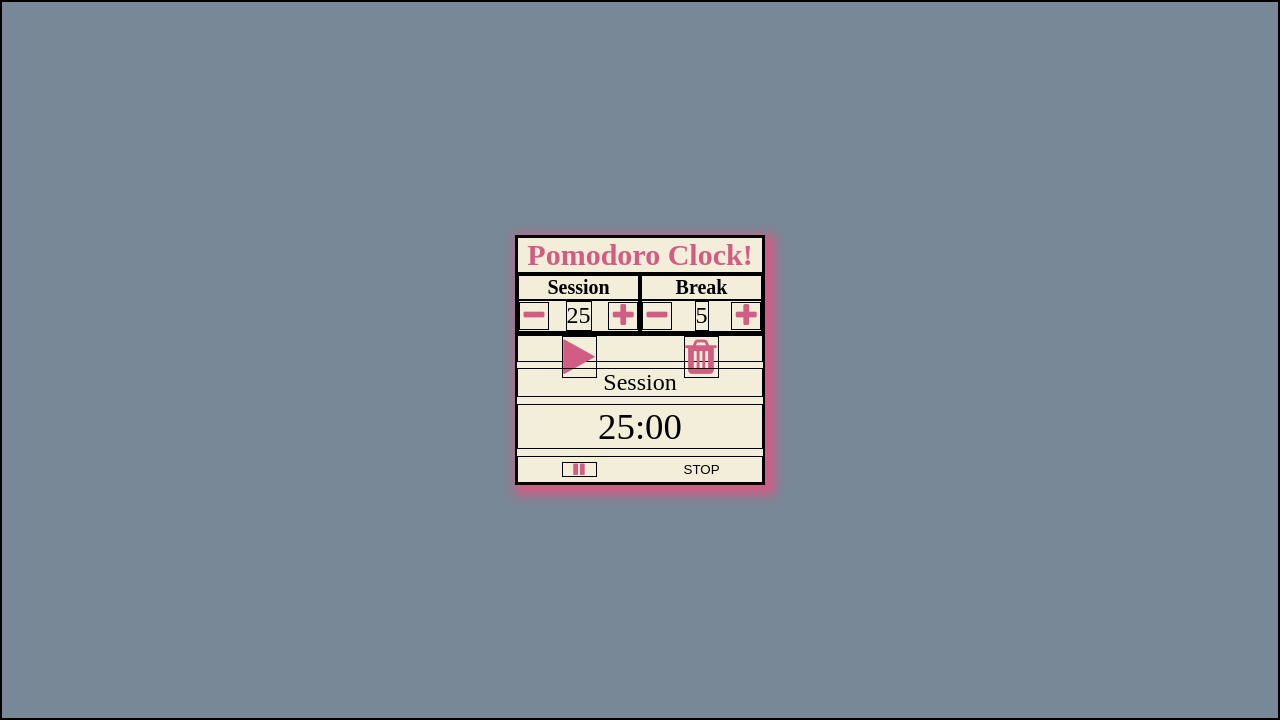
Repository: mcostigliola/pomodoroTimer
Page: index.html
An editor plug-in stored every save of this project. The page is shown before and after the next save, followed by the edit.
The browser window is 1280 px wide. The pictures show the whole page.

Above is the page before, as saved 2020-06-10 19:34:44.

### index.html
<!DOCTYPE html>
<html>
<head>
  <meta charset='utf-8'>
  <meta http-equiv='X-UA-Compatible' content='IE=edge'>
  <title>Page Title</title>
  <meta name='viewport' content='width=device-width, initial-scale=1'>
  <link rel='stylesheet' type='text/css' media='screen' href='main.css'>
  <link rel='stylesheet' type='text/css' media='screen' href='https://cdnjs.cloudflare.com/ajax/libs/font-awesome/4.7.0/css/font-awesome.css'>
</head>
<body>
  <div id="main-container">
    <div id="title-watch">
      <p>Pomodoro Clock!</p>
    </div>

    <div id="session-container">
      <div class="timer-configurator">
        <h3 class="cnfg-name">Session</h3>
        <div class="cnfg-controller">
          <button id="session-down" class="arrow-btn arrow-down">
            <i class="fa fa-2x fa-minus" aria-hidden="true"></i>
          </button>
          <div id="session-minute" class="config-minute"></div>
          <button id="session-up" class="arrow-btn arrow-up">
            <i class="fa fa-2x fa-plus" aria-hidden="true"></i>
          </button>
        </div>
      </div>
      <div class="timer-configurator">
        <h3 class="cnfg-name">Break</h3>
        <div class="cnfg-controller">
          <button id="break-down" class="arrow-btn arrow-down">
            <i class="fa fa-2x fa-minus" aria-hidden="true"></i>
          </button>
          <div id="break-minute" class="config-minute"></div>
          <button id="break-up" class="arrow-btn arrow-up">
            <i class="fa fa-2x fa-plus" aria-hidden="true"></i>
          </button>
        </div>
      </div>
    </div>

    <div id="timer-container">
       <div class="btn-container">
         <button id="btn-play"><i class="fa fa-3x fa-play" aria-hidden="true"></i></button>
         <button id="btn-reset"><i class="fa fa-3x fa-trash" aria-hidden="true"></i></button>
       </div>

       <p id="status">Session</p>
       <p id="timer">25:00</p>
       <div class="btn-container">
         <button id="btn-pause"><i class="fa fa-pause" aria-hidden="true"></i>
</button>
         <button id="btn-stop">STOP</button>
       </div>

    </div>
  </div>

  <script src='main.js'></script>
</body>
</html>

### main.css
:root{
    --bg-color: #798897;
    --main-color: #f3eed9;
    --icon-color: #d15c84;
}

 *{
    border: 1px solid black;
    box-sizing: border-box;
    margin:0;
    padding:0;
}

html{
    height: 100%;
    background-color: var(--bg-color);
}

body{
    display: flex;
    flex-flow: column;
    height: 100%;
}

button{
    background: none;
    border: none;
    cursor: pointer;
    outline: inherit;
}

button > * {
    pointer-events: none;
  }

i{
    color: var(--icon-color);
    width: 100%;
}

#main-container{
    background-color: var(--main-color);
    box-shadow:5px 5px 10px 5px var(--icon-color);
    display: flex;
    flex-flow: column;
    height: 250px;
    justify-content: space-between;
    margin: auto;
    width: 250px;
}

#session-container{
    display: flex;
    height: 30%;
}

#status{
    font-size: 1.5rem;
}

#timer{
    font-size: 2.3rem;
}

#timer-container{
    height: 75%;
}

#timer-container{
    display:flex;
    flex-flow: column;
    justify-content: space-between  ;
    text-align: center;
}

#title-watch{
    align-items: center;
    display: flex;
    height: 15%;
    text-align: center;
}

#title-watch p{
    color: var(--icon-color);
    flex-grow: 1;
    font-size: 30px;
    font-weight: bold;
}

.arrow-btn{
    width: 25%;
}

.btn-container{
    display: flex;
    justify-content: space-around;
}

.btn-container button{
    height: 25px;
    width: 35px;
}

.cnfg-controller{
    display: flex;
    flex-grow: 1;
    justify-content: space-between;
}

.cnfg-name{
    font-size: 20px;
}

.config-minute{
    font-size: 1.5rem;
}


.timer-configurator{
    display: flex;
    flex-flow: column;
    width: 50%;
}

.timer-configurator h3{
    text-align: center;
}

### main.js
const MAX_CNFG_VALUE = 99;
const DEFMINUTES = 25;
const DEFBREAK = 5;
let configSessionMinutes = DEFMINUTES;
let configBreakMinutes = DEFBREAK;
let timerMinutes = configSessionMinutes;
let timerSeconds = 0;
let intervalId;
let isPaused = true;
let isOnBreak = false;
let sessionP = document.getElementById('status');
document.getElementById('session-minute').innerText = configSessionMinutes.toString();
document.getElementById('break-minute').innerText = configBreakMinutes.toString();

let arrowBtns = Array.from(document.querySelectorAll('.arrow-btn'));
arrowBtns.forEach(btn => btn.addEventListener('click', pressArrow));

document.getElementById('btn-play').addEventListener('click', pressPlay);
document.getElementById('btn-pause').addEventListener('click', pressPause);
document.getElementById('btn-stop').addEventListener('click', pressStop);
document.getElementById('btn-reset').addEventListener('click', resetButton);

function pressArrow(e){
  const buttonId = e.target.id;
  changeConfigMinutes(buttonId);
  alignConfigWithDisplay(buttonId);
}

function alignConfigWithDisplay(buttonId){
  if(buttonId.includes('break')){
    updateDisplay();
    if(isPaused && isOnBreak){
      timerMinutes = configBreakMinutes;
      updateDisplay();
    }
  }else{
    updateDisplay();
    if(isPaused && !isOnBreak){
      timerMinutes = configSessionMinutes;
      updateDisplay();
    }
  }
}

function changeConfigMinutes(buttonId){
  switch(buttonId){
    case "session-up":
      if(configSessionMinutes < MAX_CNFG_VALUE) configSessionMinutes++;
      break;
    case "session-down":
      if(configSessionMinutes > 0) configSessionMinutes--;
      break;
    case "break-up":
      if(configBreakMinutes < MAX_CNFG_VALUE) configBreakMinutes++;
      break;
    case "break-down":
      if(configBreakMinutes > 0) configBreakMinutes--;
      break;
  }
}

function updateDisplay(){
  updateTimerText();
  udpateConfigText();
}

function updateTimerText(){
  let timer = '';
  timerMinutes < 10 ? timer = `0${timerMinutes}`: timer = timerMinutes;
  timerSeconds < 10 ? timer += `:0${timerSeconds}`: timer += `:${timerSeconds}`;
  document.getElementById('timer').innerText = timer;
}

function udpateConfigText(){
  document.getElementById('break-minute').innerText = configBreakMinutes.toString();
  document.getElementById('session-minute').innerText = configSessionMinutes.toString();
}

function countdown(){
   intervalId = setInterval(() => {
    if(isPaused === true){
      clearInterval(intervalId);
      return;
    }
    if (timerSeconds > 0){
          timerSeconds--;
          updateDisplay();
    }else{
      if (timerMinutes > 0){
        timerMinutes--;
        timerSeconds = 59;
        updateDisplay();
      } else {
        isPaused = true;
        switchStatus();
      }
    }
   }, 1000);
}

function pressPlay(){
  if (isPaused){
    countdown();
    isPaused = false;
  }
}

function pressPause(){
  if(!isPaused) isPaused = true;
}

function pressStop(){
  timerSeconds = 0;
  isPaused = true;
  if(isOnBreak){
    sessionP.innerText = "Break";
    timerMinutes = configBreakMinutes;
  }else{
    sessionP.innerText = "Session";
    timerMinutes = configSessionMinutes;
  }
  updateDisplay();
}

function resetButton(){
  configSessionMinutes = DEFMINUTES;
  configBreakMinutes = DEFBREAK;
  isPaused = true;
  isOnBreak = false;
  timerMinutes = configSessionMinutes;
  timerSeconds = 0;
  sessionP.innerText = "Session";
  updateDisplay();
}

function switchStatus(){
  clearInterval(intervalId);
  isOnBreak = !isOnBreak;
  if(isOnBreak){
    timerMinutes = configBreakMinutes;
    sessionP.innerText = "Break";
  } else {
    timerMinutes = configSessionMinutes;
    sessionP.innerText = "Session";
  }
  isPaused = true;
  updateDisplay();
}

After the next save:
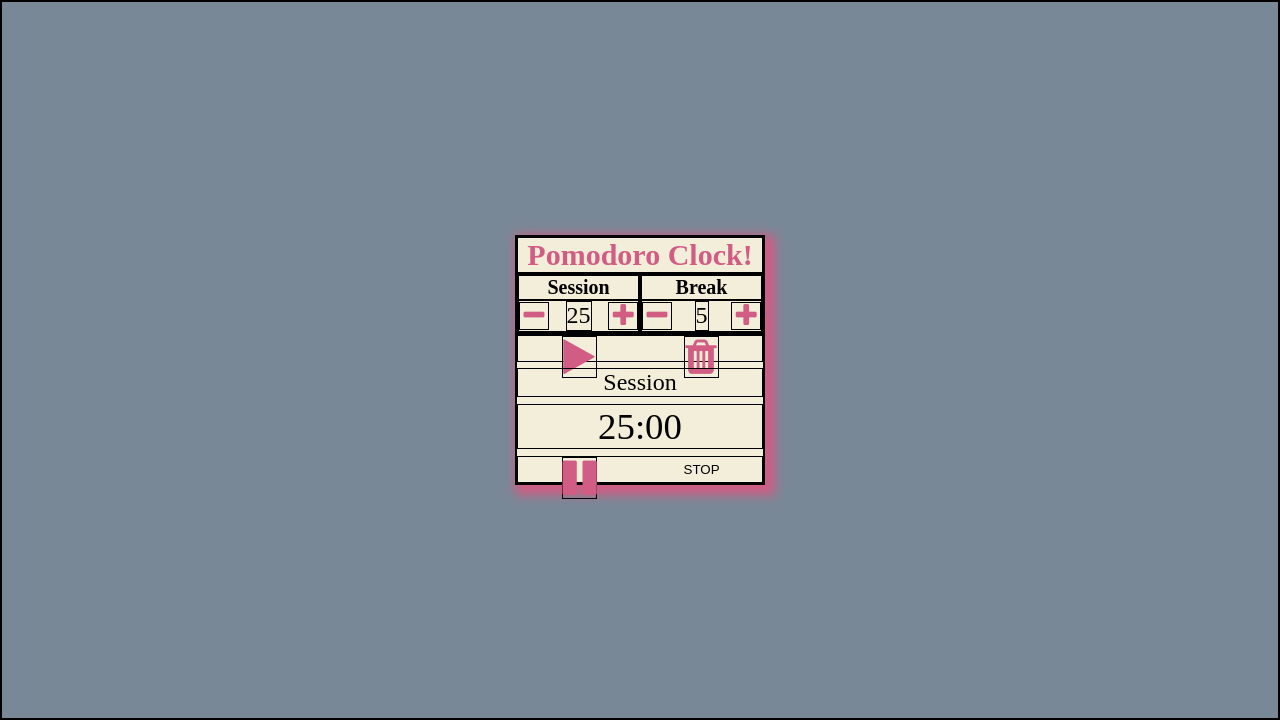
Saved 7 s later.
--- a/index.html
+++ b/index.html
@@ -50,7 +50,7 @@
        <p id="status">Session</p>
        <p id="timer">25:00</p>
        <div class="btn-container">
-         <button id="btn-pause"><i class="fa fa-pause" aria-hidden="true"></i>
+         <button id="btn-pause"><i class="fa fa-3x fa-pause" aria-hidden="true"></i>
 </button>
          <button id="btn-stop">STOP</button>
        </div>
